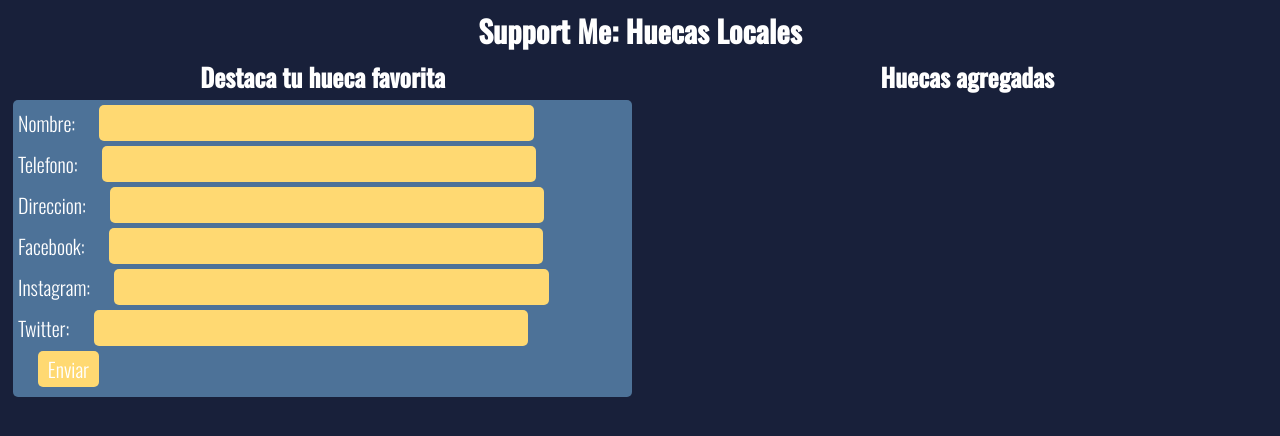
Repository: renzopachecoj/huecas-website
Page: index.html
The author's editor kept a copy of each file at every save. The page is drawn from the files as they stood at one save, then again after the next save.
The browser window is 1280 px wide. The pictures show the whole page.

Above is the page before, as saved 2020-08-01 15:30:49.

After the next save:
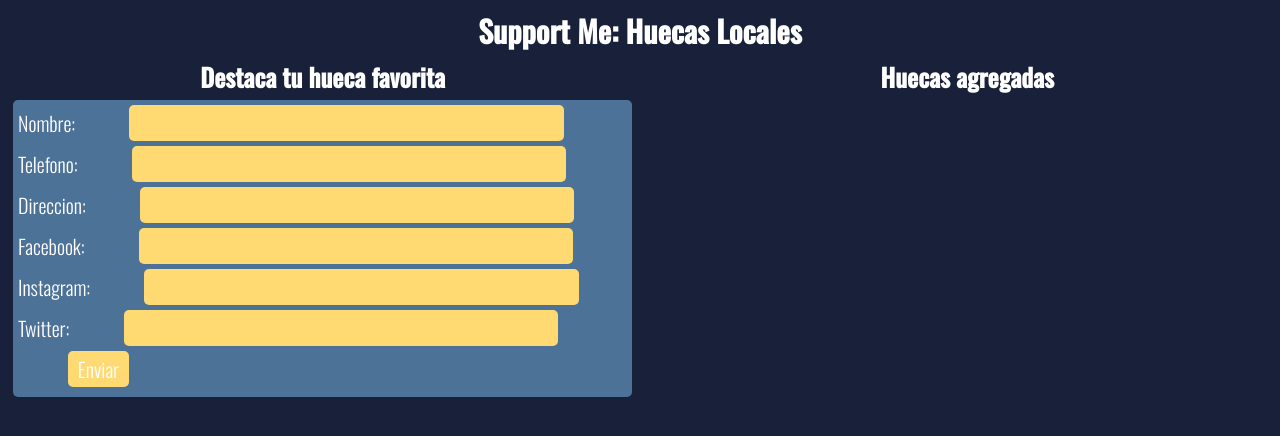
Saved 23 s later.
--- a/styles.css
+++ b/styles.css
@@ -38,7 +38,7 @@ h2{
 }
 input{
     width: 70%;
-    margin: 0px 5px 5px 20px;
+    margin: 0px 5px 5px 50px;
     border-radius: 5px;
     border-color: transparent;
     background-color: #FFD972;
